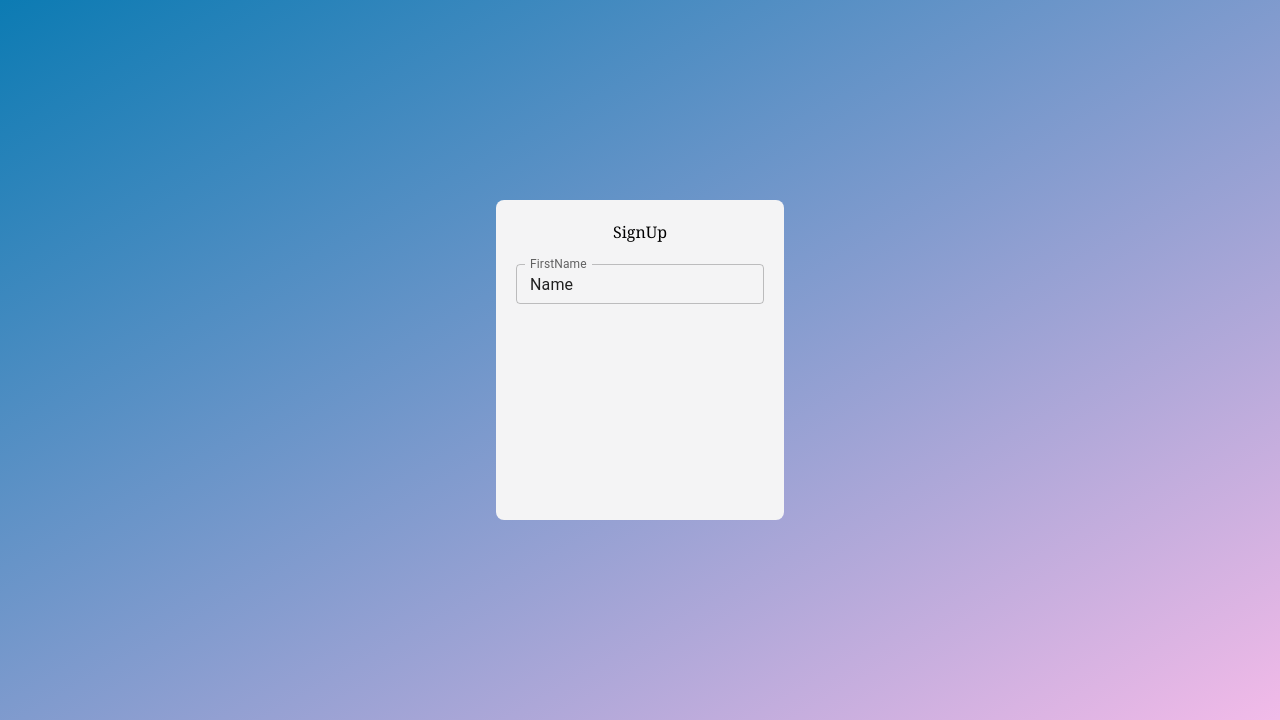
Repository: dhanapal2205/sazsfinance
Page: /SignUp
The author's editor kept a copy of each file at every save. The page is drawn from the files as they stood at one save, then again after the next save.
The browser window is 1280 px wide. The pictures show the whole page.
The project was rebuilt for these pictures with package versions that can differ from the ones it lists, and the page was loaded fresh each time. The framework's server and built-in components were replaced by stand-ins that run in the browser. Also part of the build but not shown: next.config.js.

Above is the page before, as saved 2023-04-07 11:52:04.

### pages/SignUp.js
import { TextField } from '@mui/material'
import React from 'react'

const SignUp = () => {
  return (
    <div className=' bg-gradient-to-tl from-[#F2BAE8]  to-[#0C7BB3]  h-screen flex'>

     <div className=' w-72 h-80 bg-zinc-100  rounded-lg m-auto justify-center'>
      <div className='place-items-center flex flex-col space-y-5 mt-5 ' >
        <p className='font-sans md:font-serif ' > SignUp</p>
<TextField className='bg- hover:bg-white place-content-center ' label="FirstName"
          id="outlined-size-small"
          defaultValue="Name"
          margin="dense"
          color="info"
          size="small"  />


      </div>

     </div>

      </div>



  )
}

export default SignUp

Loaded but not shown: pages/_app.js (common file); pages/_document.js (common file); styles/globals.css (common file); tailwind.config.js (common file)

After the next save:
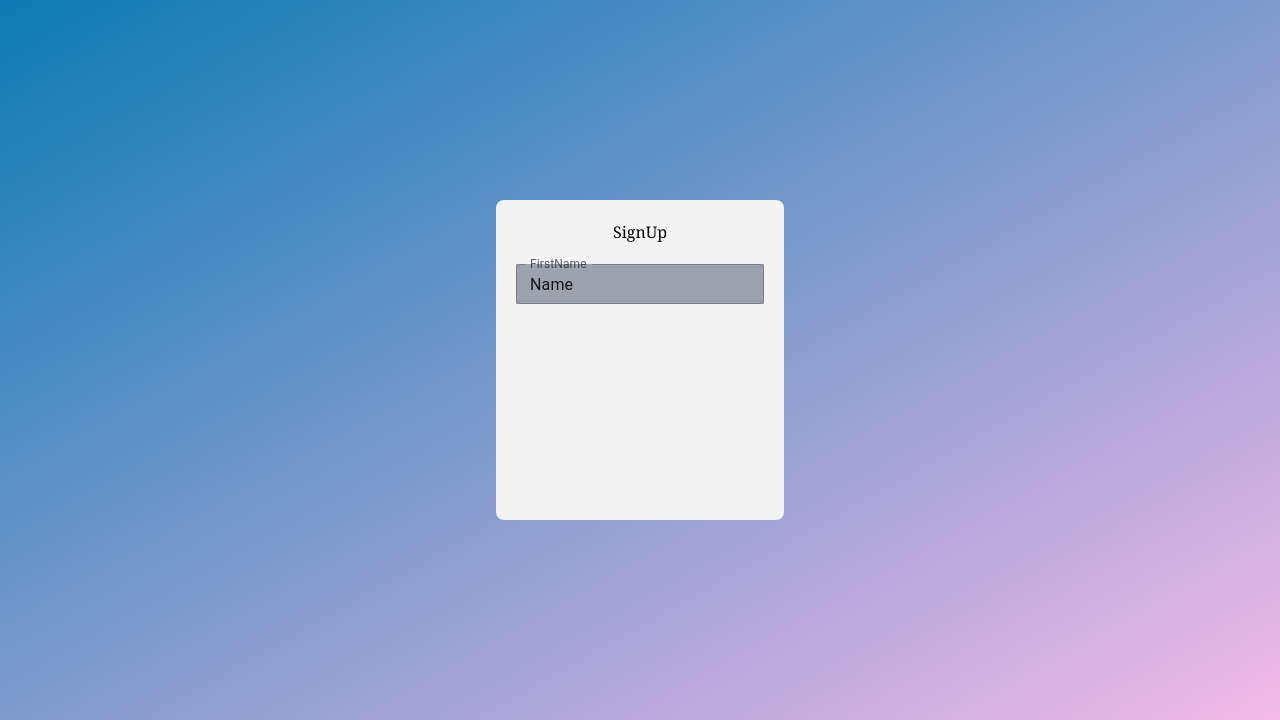
Saved 3 min 8 s later.
--- a/pages/SignUp.js
+++ b/pages/SignUp.js
@@ -8,7 +8,7 @@ const SignUp = () => {
      <div className=' w-72 h-80 bg-zinc-100  rounded-lg m-auto justify-center'>
       <div className='place-items-center flex flex-col space-y-5 mt-5 ' >
         <p className='font-sans md:font-serif ' > SignUp</p>
-<TextField className='bg- hover:bg-white place-content-center ' label="FirstName"
+<TextField className='bg-gray-400 hover:bg-white place-content-center ' label="FirstName"
           id="outlined-size-small"
           defaultValue="Name"
           margin="dense"
